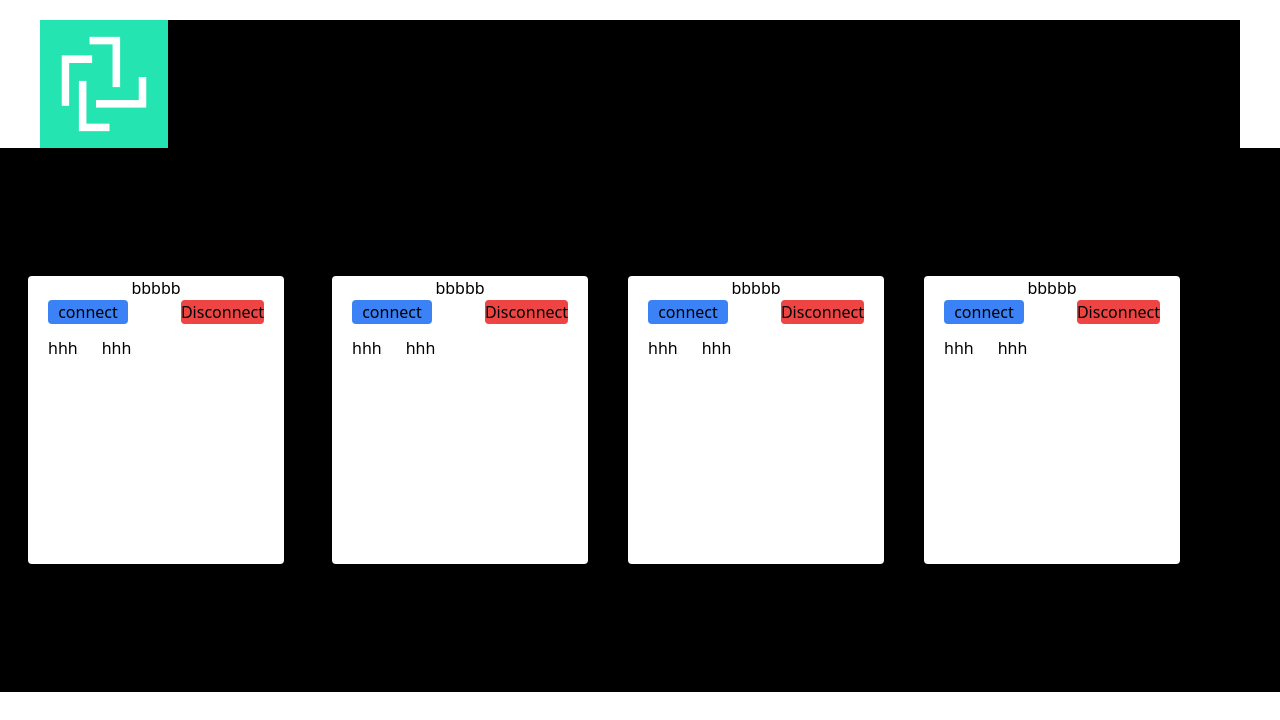
Repository: AstriaFinance/AstriaMvp
Page: /
An editor plug-in stored every save of this project. The page is shown before and after the next save, followed by the edit.
The browser window is 1280 px wide. The pictures show the whole page.
The project was rebuilt for these pictures with package versions that can differ from the ones it lists, and the page was loaded fresh each time. Also part of the build but not shown: src/components/About.jsx, src/components/Shop.jsx, src/components/ErrorPage.jsx.

Above is the page before, as saved 2022-06-21 15:59:08.

### src/App.js
import {Nav, Shop, About, ErrorPage, Home} from "./components"
import {BrowserRouter as Router,Routes, Route} from"react-router-dom"
function App() {
  return (

    <div>

      <Nav/>
      <Home/>
      </div>

  );
}

export default App;

### src/components/index.js
export{default as About} from "./About"
export{default as Nav} from "./Nav"
export{default as Shop} from "./Shop"
export {default as ErrorPage} from "./ErrorPage"
export{default as Home} from "./Home"

### src/components/Nav.jsx
import React from 'react'
import logo from "../static/astria2.jpg"
const Nav = () => {
  return (

        <nav className='bg-black flex justify-between mt-5 mx-10'>
        <img src={logo} alt="" className='h-32' />

        <div class="flex gap-2">

  </div>



    </nav>



  )
}

export default Nav

### src/components/Home.jsx
import React from 'react'

const Home = () => {
  return (
<div class="bg-black flex overflow-x-auto  ">

 <div class="bg-white h-72 w-64 rounded my-32 mx-7">

  <div class="container flex justify-center">bbbbb</div>
  <div class="flex justify-between">
  <button class="bg-blue-500 rounded mx-5 w-20 ">connect</button>
   <button class="bg-red-500 rounded mx-5">Disconnect</button>
  </div>
   <ul class="mx-5 my-3 flex gap-6">
     <li>hhh</li>
     <li>hhh</li>
   </ul>
 </div>

 <div class="bg-white h-72 w-64 rounded mx-5 my-32">

  <div class="container flex justify-center">bbbbb</div>
  <div class="flex justify-between">
  <button class="bg-blue-500 rounded mx-5 w-20 ">connect</button>
   <button class="bg-red-500 rounded mx-5">Disconnect</button>
  </div>
   <ul class="mx-5 my-3 flex gap-6">
     <li>hhh</li>
     <li>hhh</li>
   </ul>
 </div>
 <div class="bg-white h-72 w-64 rounded mx-5 my-32">

  <div class="container flex justify-center">bbbbb</div>
  <div class="flex justify-between">
  <button class="bg-blue-500 rounded mx-5 w-20 ">connect</button>
   <button class="bg-red-500 rounded mx-5">Disconnect</button>
  </div>
   <ul class="mx-5 my-3 flex gap-6">
     <li>hhh</li>
     <li>hhh</li>
   </ul>
 </div>

 <div class="bg-white h-72 w-64 rounded mx-5 my-32">

  <div class="container flex justify-center">bbbbb</div>
  <div class="flex justify-between">
  <button class="bg-blue-500 rounded mx-5 w-20 ">connect</button>
   <button class="bg-red-500 rounded mx-5">Disconnect</button>
  </div>
   <ul class="mx-5 my-3 flex gap-6">
     <li>hhh</li>
     <li>hhh</li>
   </ul>
 </div>



 </div>
  )
}

export default Home

Loaded but not shown: public/index.html (common file); src/index.js (common file); src/index.css (common file); src/reportWebVitals.js (common file); tailwind.config.js (common file)

After the next save:
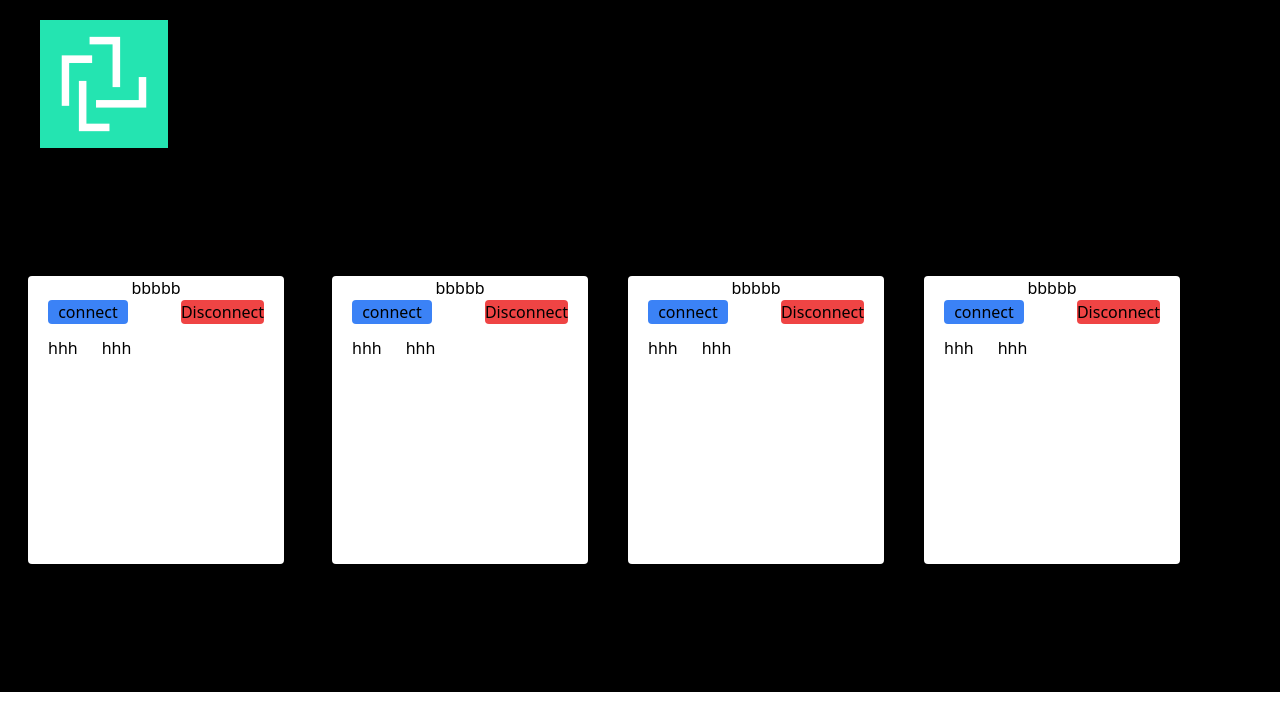
Saved 16 s later.
--- a/src/components/Nav.jsx
+++ b/src/components/Nav.jsx
@@ -3,8 +3,8 @@ import logo from "../static/astria2.jpg"
 const Nav = () => {
   return (
 
-        <nav className='bg-black flex justify-between mt-5 mx-10'>
-        <img src={logo} alt="" className='h-32' />
+        <nav className='bg-black flex justify-between '>
+        <img src={logo} alt="" className='h-32 mt-5 mx-10' />
 
         <div class="flex gap-2">
 
